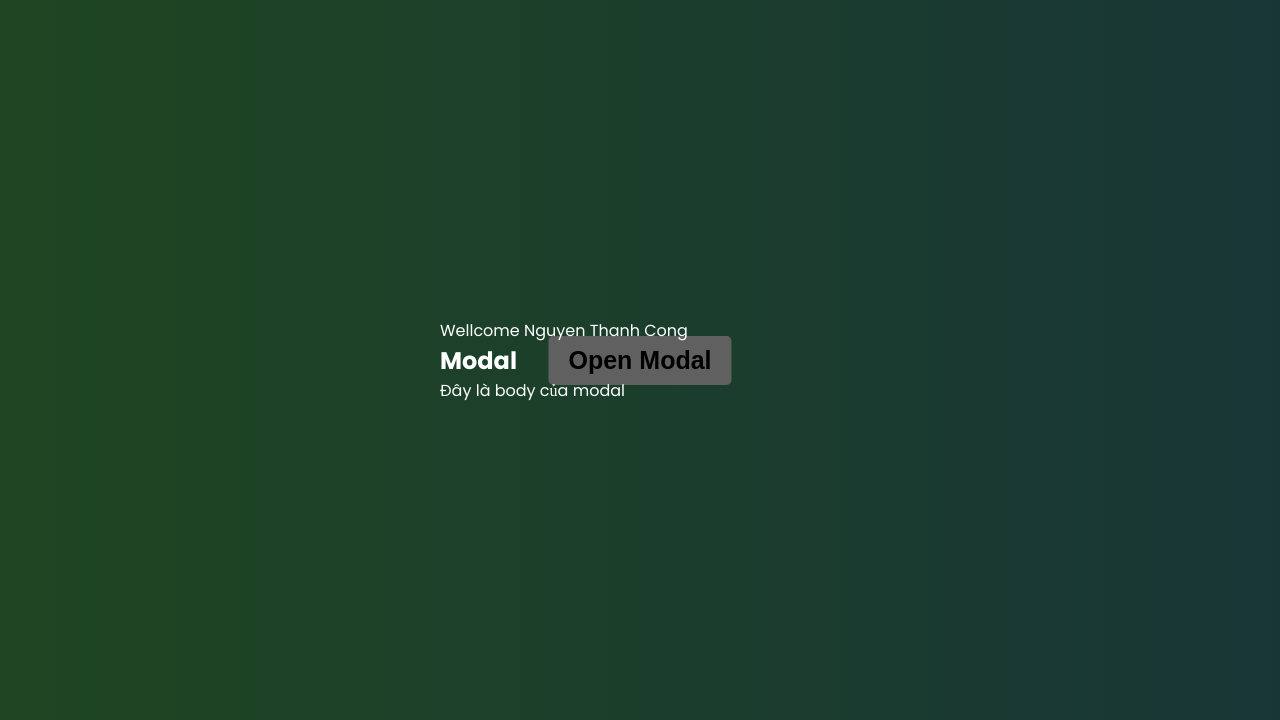
Repository: congnt98/Lean-javascript-in-project
Page: 30Days/3_Modal/index.html
The author's editor kept a copy of each file at every save. The page is drawn from the files as they stood at one save, then again after the next save.
The browser window is 1280 px wide. The pictures show the whole page.

Above is the page before, as saved 2024-02-18 20:17:26.

### 30Days/3_Modal/index.html
<!DOCTYPE html>
<html lang="en">

<head>
    <meta charset="UTF-8">
    <meta name="viewport" content="width=device-width, initial-scale=1.0">
    <title>Product Card</title>
    <link rel="stylesheet" href="./style.css">
    <link href='https://unpkg.com/boxicons@2.1.4/css/boxicons.min.css' rel='stylesheet'>
    <link
        href="https://fonts.googleapis.com/css2?family=Poppins:ital,wght@0,100;0,200;0,300;0,400;0,500;0,600;0,700;0,800;0,900;1,100;1,200;1,300;1,400;1,500;1,600;1,700;1,800;1,900&display=swap"
        rel="stylesheet">
    <link rel="stylesheet" href="https://cdnjs.cloudflare.com/ajax/libs/font-awesome/6.5.1/css/all.min.css">
</head>

<body>
    <div class="warapper">
        <button class="btn-modal-open">
            Open Modal
        </button>
        <div class="modal">
            <div class="modal__inner">
                <div class="modal__header">Wellcome Nguyen Thanh Cong</div>
                <div class="modal__body">
                    <h2 class="title">Modal</h2>
                    <span>Đây là body của modal</span>
                </div>
                <div class="modal__footer"></div>
            </div>
        </div>
    </div>
    <script src="./app.js"></script>
</body>

</html>

### 30Days/3_Modal/style.css
:root {
    --primary-color: #f2726a;
}

* {
    margin: 0;
    padding: 0;
    box-sizing: border-box;
}

body {
    min-height: 100vh;
    background: linear-gradient(to right, #4daf54, #3d8888);
    display: flex;
    justify-content: center;
    align-items: center;
    font-family: "poppins";
}

.warapper {
    max-width: 1200px;
    margin: 0 auto;
    width: 100%;
}

.btn-modal-open {
    display: inline-block;
    position: relative;
    left: 50%;
    transform: translateX(-50%);
    padding: 10px 20px;
    border-radius: 5px;
    outline: none;
    border: none;
    font-size: 25px;
    font-weight: 700;
}

.modal {
    position: fixed;
    top: 0;
    right: 0;
    bottom: 0;
    left: 0;
    background-color: rgb(0, 0, 0, 0.6);
}

.modal__inner {
    width: 400px;
    position: relative;
    overflow: hidden;
    top: 50%;
    left: 50%;
    transform: translate(-50%, -50%);
    color: #fff;
    z-index: 1111;
}

.modal__header {}

.modal__body {}

.modal__footer {}

Loaded but not shown: 30Days/3_Modal/app.js (no copy from this time; the picture is the same without it)

After the next save:
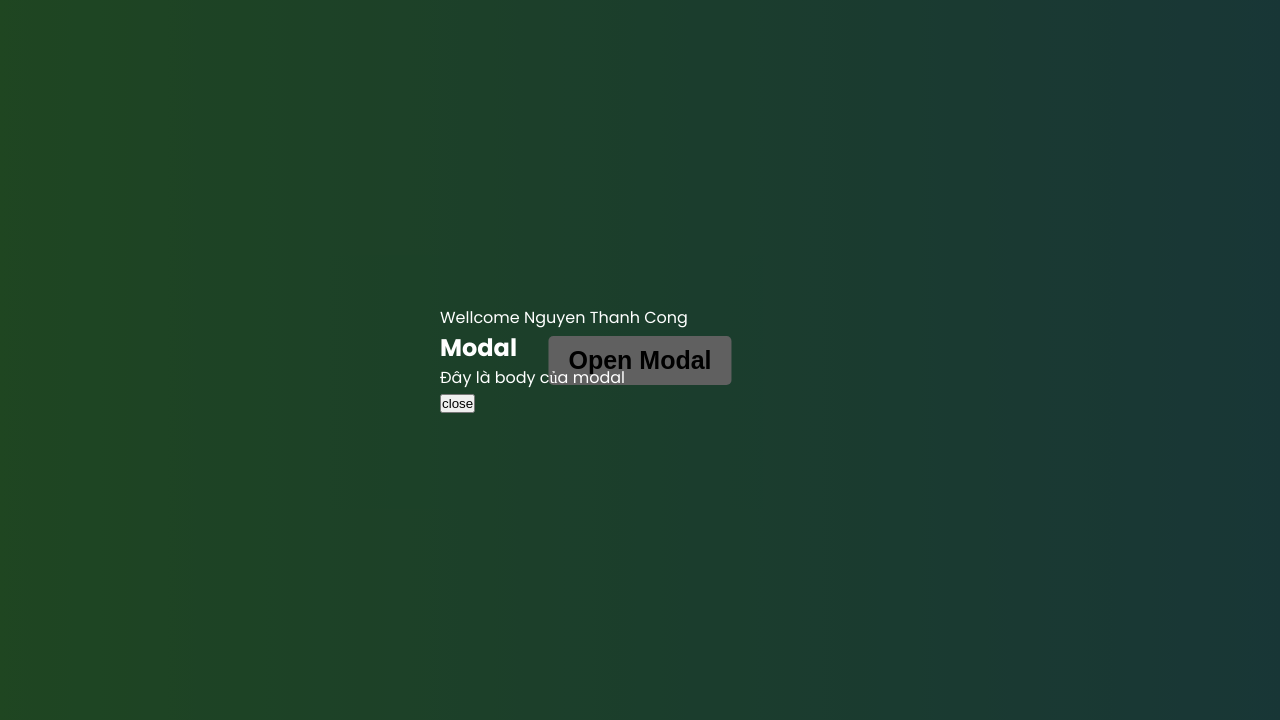
Saved 19 s later.
--- a/30Days/3_Modal/index.html
+++ b/30Days/3_Modal/index.html
@@ -25,7 +25,9 @@
                     <h2 class="title">Modal</h2>
                     <span>Đây là body của modal</span>
                 </div>
-                <div class="modal__footer"></div>
+                <div class="modal__footer">
+                    <button>close</button>
+                </div>
             </div>
         </div>
     </div>
